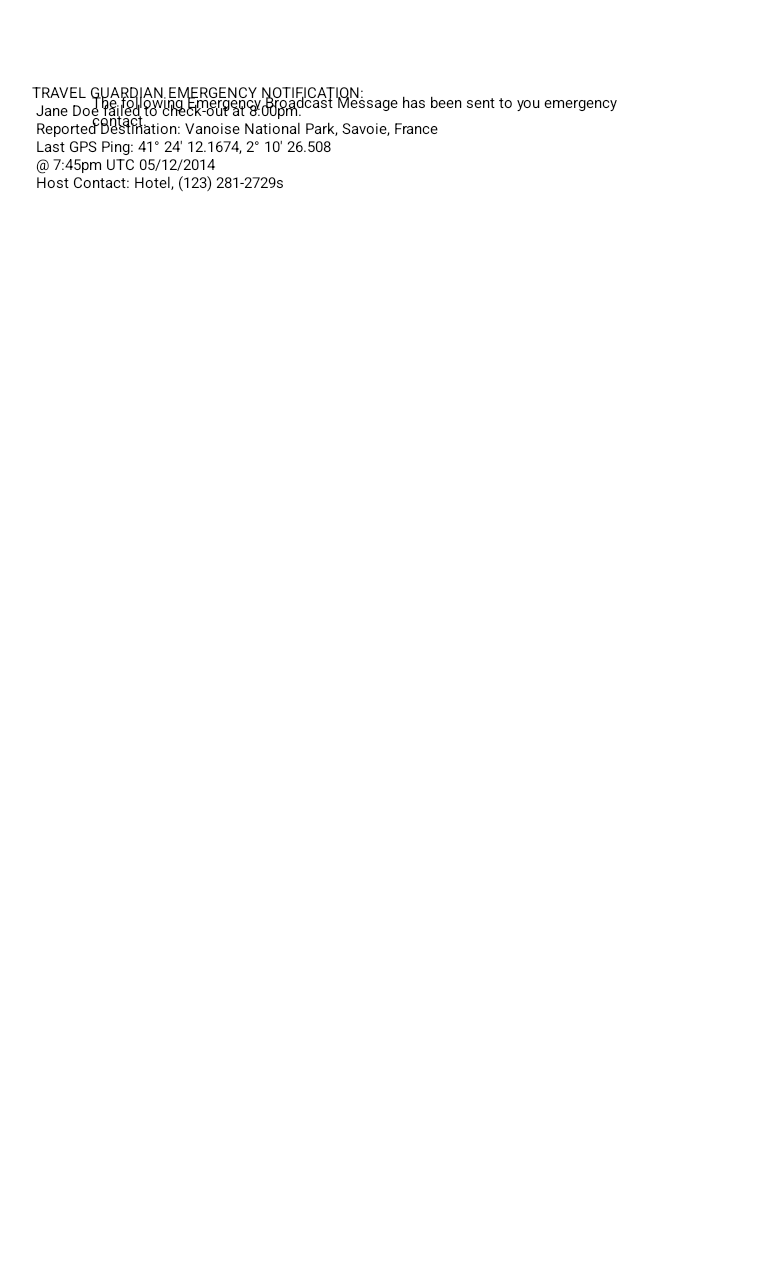
Repository: leo195162839/Test-Repo
Layout: TravelGuardian/res/layout/fragment_broadcast.xml
An editor plug-in stored every save of this project. The layout is shown before and after the next save, followed by the edit.
It is drawn on a 768 x 1280 px phone screen (xhdpi) without system bars, with theme Theme.Base.AppCompat; the app's code is not run.

Above is the layout before, as saved 2014-06-15 17:09:58.

After the next save:
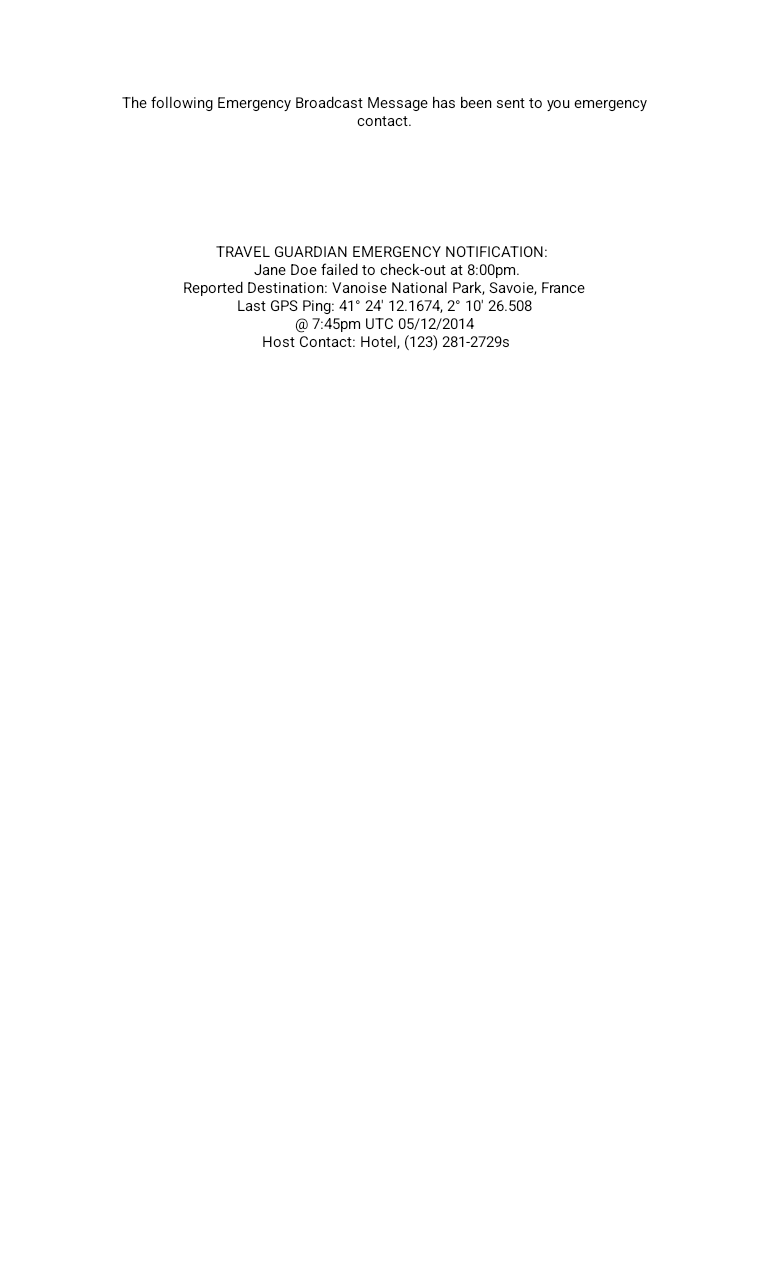
Saved 5 min 55 s later.
--- a/TravelGuardian/res/layout/fragment_broadcast.xml
+++ b/TravelGuardian/res/layout/fragment_broadcast.xml
@@ -12,14 +12,18 @@
         android:id="@+id/SentNotification"
         android:layout_width="fill_parent"
         android:layout_height="wrap_content"
+        android:gravity="center_horizontal"
         android:padding="30sp"
         android:text="@string/Sent_Notification" />
 
         <TextView
-        android:id="@+id/BroadcastMessage"
-        android:layout_width="fill_parent"
-        android:layout_height="wrap_content"
-        android:paddingTop="25sp"
-        android:text="@string/Broadcast_Message" />
+            android:id="@+id/BroadcastMessage"
+            android:layout_width="fill_parent"
+            android:layout_height="wrap_content"
+            android:layout_alignLeft="@+id/SentNotification"
+            android:layout_below="@+id/SentNotification"
+            android:gravity="center_horizontal"
+            android:paddingTop="25sp"
+            android:text="@string/Broadcast_Message" />
 
 </RelativeLayout>
